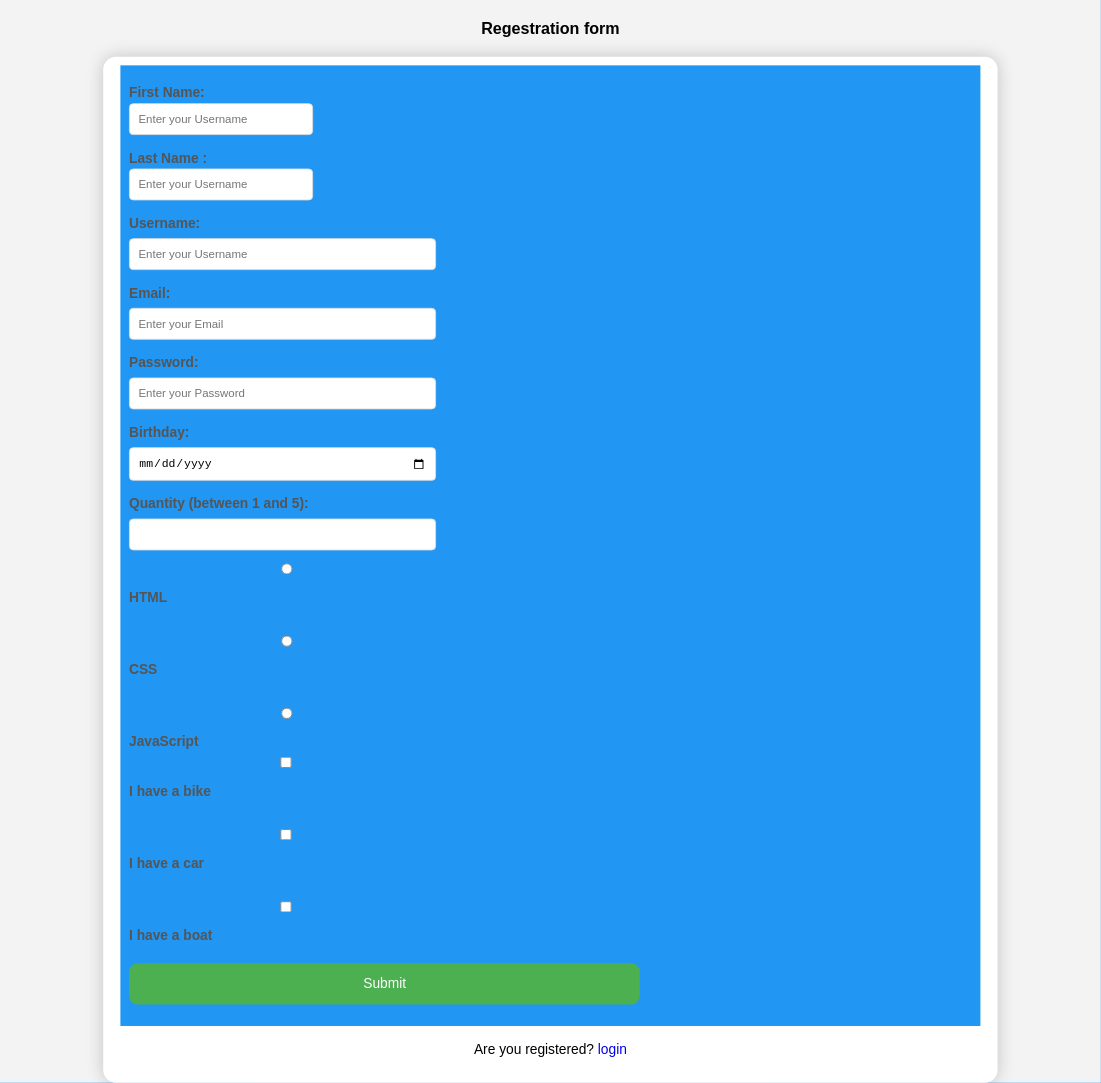
Repository: alizey12/Regestratin-Form-js
Page: regester.html
These files come from the project's save history. The page is drawn as it stood at one moment and after a run of saves; the edit follows.
The browser window is 1280 px wide. The pictures show the whole page, at 86% of full size.

Above is the page before, as saved 2024-11-29 13:48:05.

After the next 2 saves:
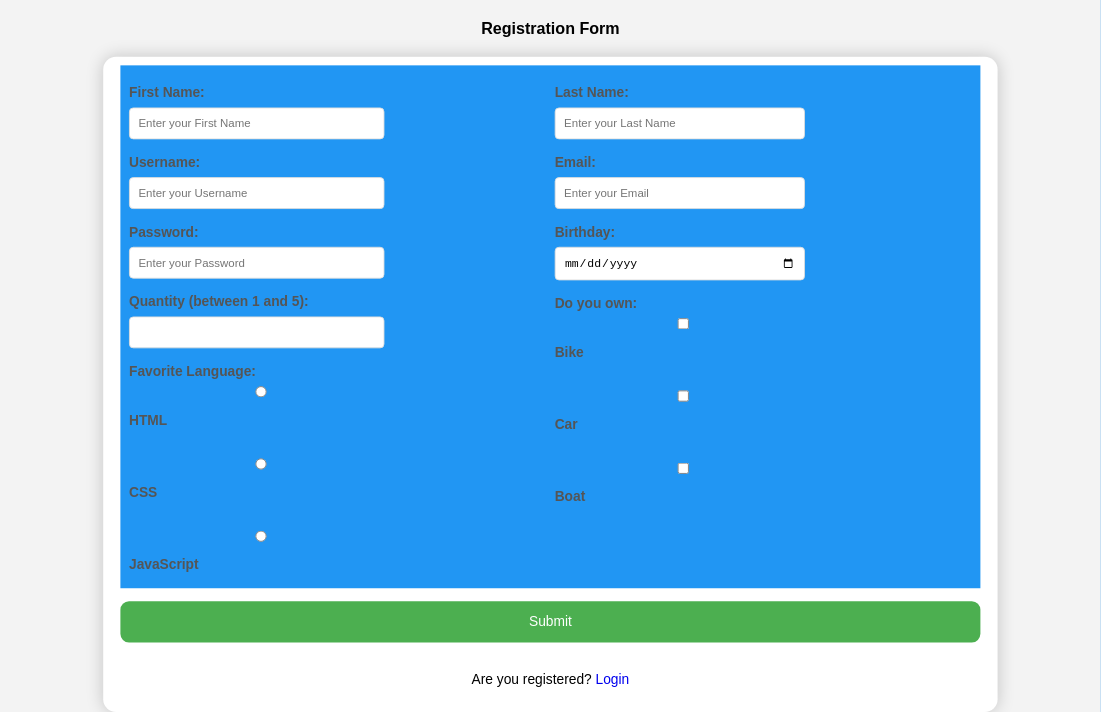
The 2 saves are shown as one change because they came seconds apart.
The last was saved 4 h 50 min later.
--- a/regester.html
+++ b/regester.html
@@ -4,84 +4,60 @@
     <meta charset="UTF-8">
     <meta name="viewport" content="width=device-width, initial-scale=1.0">
     <link rel="stylesheet" href="regester.css">
-    <title>Regestration form</title>
+    <title>Registration Form</title>
 </head>
 <body>
-<h3>Regestration form</h3>
+    <h3>Registration Form</h3>
+    <div class="main">
+        <form action="">
+            <div class="grid-container">
+                <div>
+                    <label for="first">First Name:</label>
+                    <input type="text" id="first" name="first" placeholder="Enter your First Name" required>
 
+                    <label for="username">Username:</label>
+                    <input type="text" id="username" name="username" placeholder="Enter your Username" required>
 
-    <div class="main">
+                    <label for="password">Password:</label>
+                    <input type="password" id="password" name="password" placeholder="Enter your Password" required>
 
-    <div class="grid-container">
-        <form action="">
-            <label for="first">
-                First Name:
-                <input type="text" id="first" name="first"
-                placeholder="Enter your Username" required>
+                    <label for="quantity">Quantity (between 1 and 5):</label>
+                    <input type="number" id="quantity" name="quantity" min="1" max="5">
 
-            </label>
-            <label for="second">
-            Last Name :
-                <input type="text" id="first" name="first"
-                placeholder="Enter your Username" required>
+                    <label for="fav_language">Favorite Language:</label>
+                    <input type="radio" id="html" name="fav_language" value="HTML">
+                    <label for="html">HTML</label><br>
+                    <input type="radio" id="css" name="fav_language" value="CSS">
+                    <label for="css">CSS</label><br>
+                    <input type="radio" id="javascript" name="fav_language" value="JavaScript">
+                    <label for="javascript">JavaScript</label>
+                </div>
+                <div>
+                    <label for="second">Last Name:</label>
+                    <input type="text" id="second" name="second" placeholder="Enter your Last Name" required>
 
-            </label>
-            <label for="first">
-                Username:
+                    <label for="email">Email:</label>
+                    <input type="email" id="email" name="email" placeholder="Enter your Email" required>
 
-            </label>
-            <input type="text" id="first" name="first"
-                placeholder="Enter your Username" required>
+                    <label for="birthday">Birthday:</label>
+                    <input type="date" id="birthday" name="birthday">
 
-                <label for="first">
-                    Email:
-                </label>
-                <input type="email" id="first" name="email"
-                    placeholder="Enter your Email" required>
-
-            <label for="password">
-                Password:
-            </label>
-            <input type="password" id="password" name="password"
-                placeholder="Enter your Password" required>
-
-                <label for="birthday">Birthday:</label>
-                <input type="date" id="birthday" name="birthday">
-
-                <label for="quantity">Quantity (between 1 and 5):</label>
-  <input type="number" id="quantity" name="quantity" min="1" max="5">
-
-                <input type="radio" id="html" name="fav_language" value="HTML">
-                <label for="html">HTML</label><br>
-                <input type="radio" id="css" name="fav_language" value="CSS">
-                <label for="css">CSS</label><br>
-                <input type="radio" id="javascript" name="fav_language" value="JavaScript">
-                <label for="javascript">JavaScript</label>
-
-                <input type="checkbox" id="vehicle1" name="vehicle1" value="Bike">
-                <label for="vehicle1"> I have a bike</label><br>
-                <input type="checkbox" id="vehicle2" name="vehicle2" value="Car">
-                <label for="vehicle2"> I have a car</label><br>
-                <input type="checkbox" id="vehicle3" name="vehicle3" value="Boat">
-                <label for="vehicle3"> I have a boat</label>
-
-
+                    <label>Do you own:</label>
+                    <input type="checkbox" id="vehicle1" name="vehicle1" value="Bike">
+                    <label for="vehicle1">Bike</label><br>
+                    <input type="checkbox" id="vehicle2" name="vehicle2" value="Car">
+                    <label for="vehicle2">Car</label><br>
+                    <input type="checkbox" id="vehicle3" name="vehicle3" value="Boat">
+                    <label for="vehicle3">Boat</label>
+                </div>
+            </div>
             <div class="wrap">
-                <button type="submit">
-                    Submit
-                </button>
+                <button type="submit">Submit</button>
             </div>
         </form>
-    </div>
-
-
         <p>Are you registered?
-            <a href="signin.html" style="text-decoration: none;">
-               login
-            </a>
+            <a href="signin.html" style="text-decoration: none;">Login</a>
         </p>
     </div>
-
-
 </body>
 </html>
